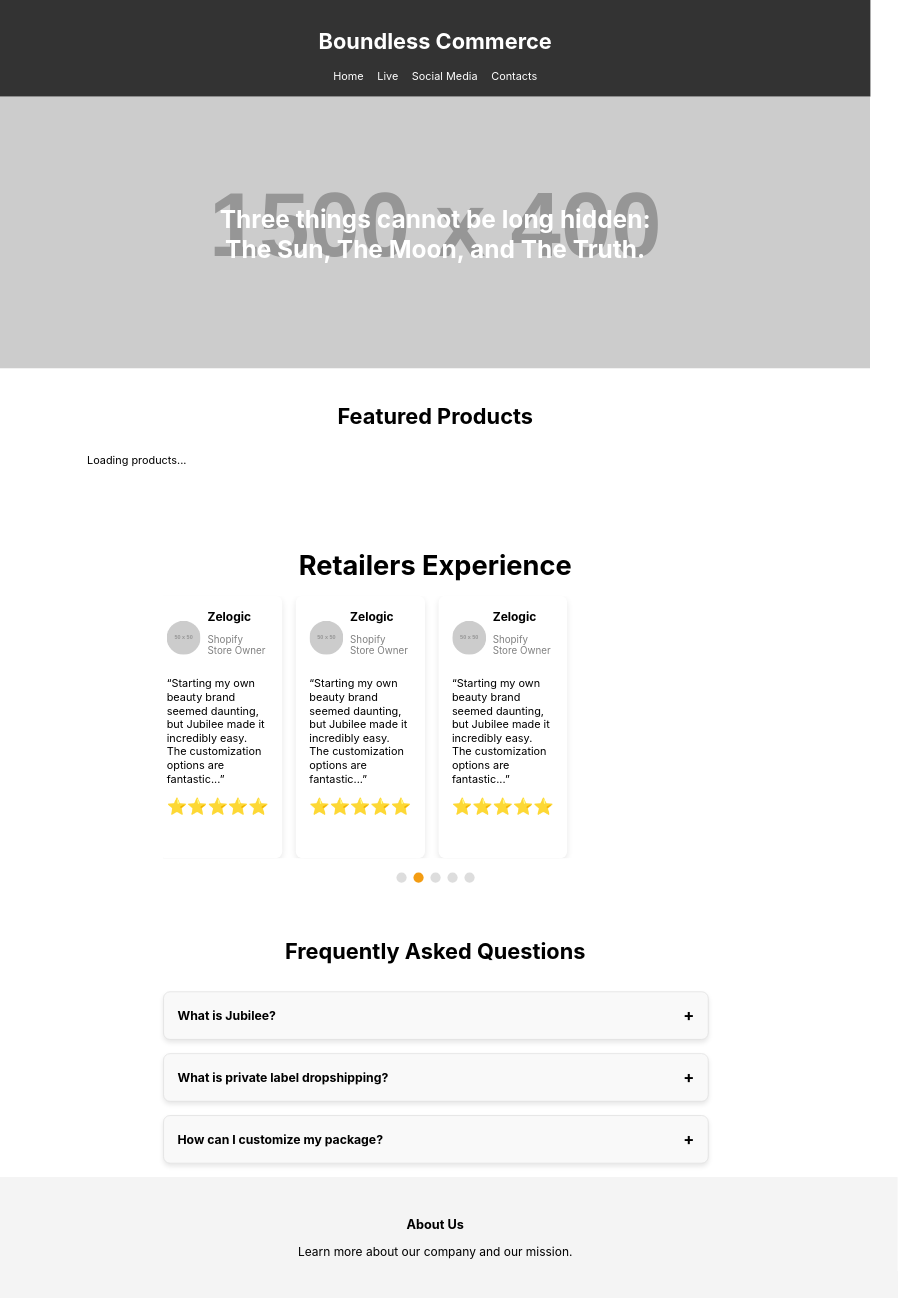
Repository: Nn-Exe/chunar-ecommerce
Page: / (app in ecommerce-frontend/)
The author's editor kept a copy of each file at every save. The page is drawn from the files as they stood at one save, then again after the next save.
The browser window is 1280 px wide. The page is 1320 px wide, so the pictures cover 1320 px, including what lies to the right of the window. The pictures show the whole page, at 68% of full size.
The page's requests for data from a server got no answer. The project was rebuilt for these pictures with package versions that can differ from the ones it lists, and the page was loaded fresh each time. No one was signed in, and anything a server would have sent is missing.

Above is the page before, as saved 2024-09-11 15:33:27.

After the next save:
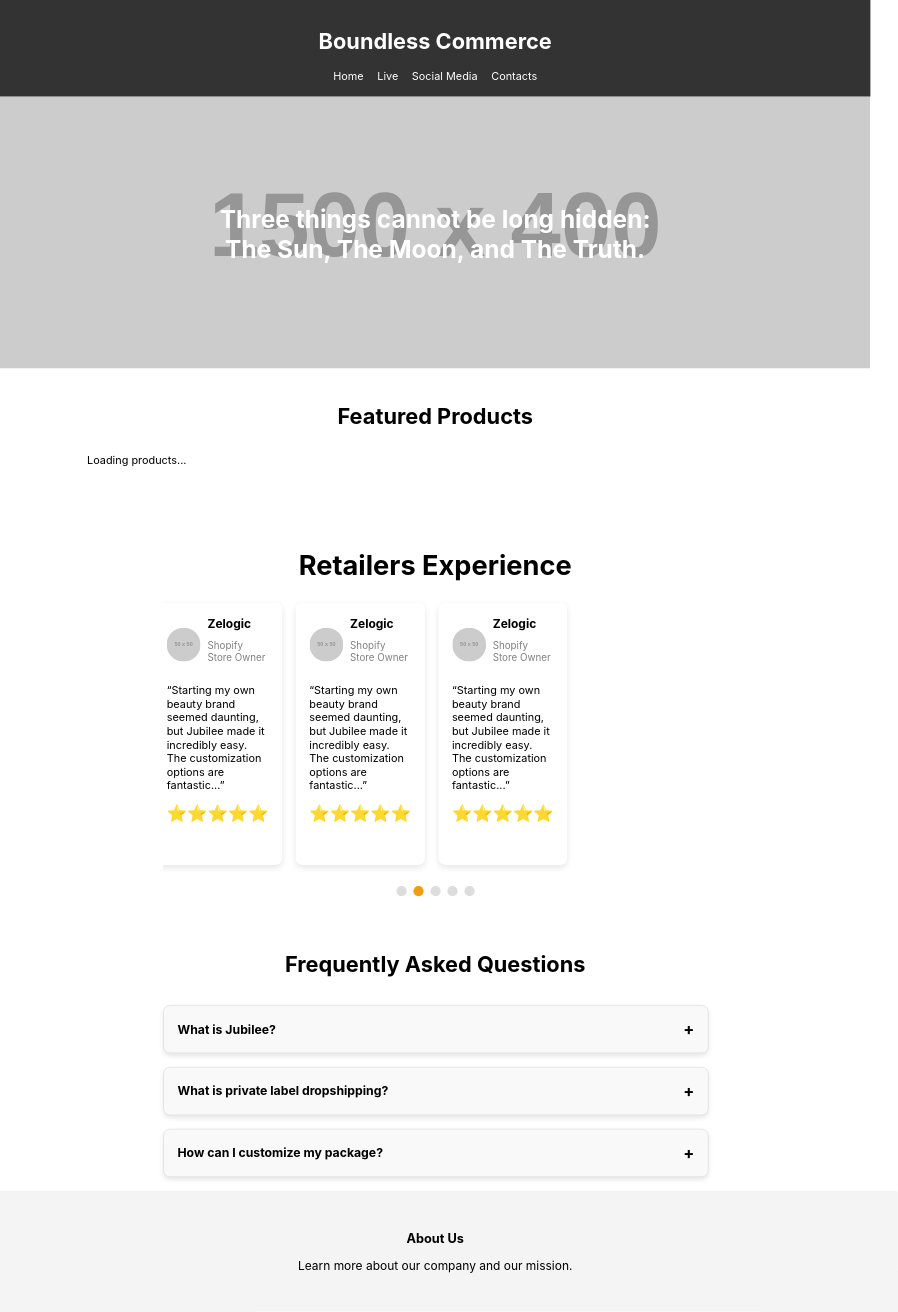
Saved 49 s later.
--- a/ecommerce-frontend/src/App.css
+++ b/ecommerce-frontend/src/App.css
@@ -229,6 +229,8 @@ nav ul li a {
 
 /* -----------  TestimonialCarousel ------------- */
 
+
+
 /* Style for the testimonial section */
 .testimonial-section {
   text-align: center;
@@ -249,7 +251,7 @@ nav ul li a {
   justify-content: center;
   scroll-behavior: smooth;
   transition: transform 0.4s ease-in-out;
-  max-width: 100%; /* Ensure full width */
+  max-width: 100%;
   margin: 0 auto;
 }
 
@@ -258,7 +260,7 @@ nav ul li a {
   width: 300px;
   background-color: #fff;
   padding: 20px;
-  margin: 0 10px;
+  margin: 10px; /* Add margin around the cards to prevent overlap */
   border-radius: 10px;
   box-shadow: 0 4px 10px rgba(0, 0, 0, 0.1);
   text-align: left;
